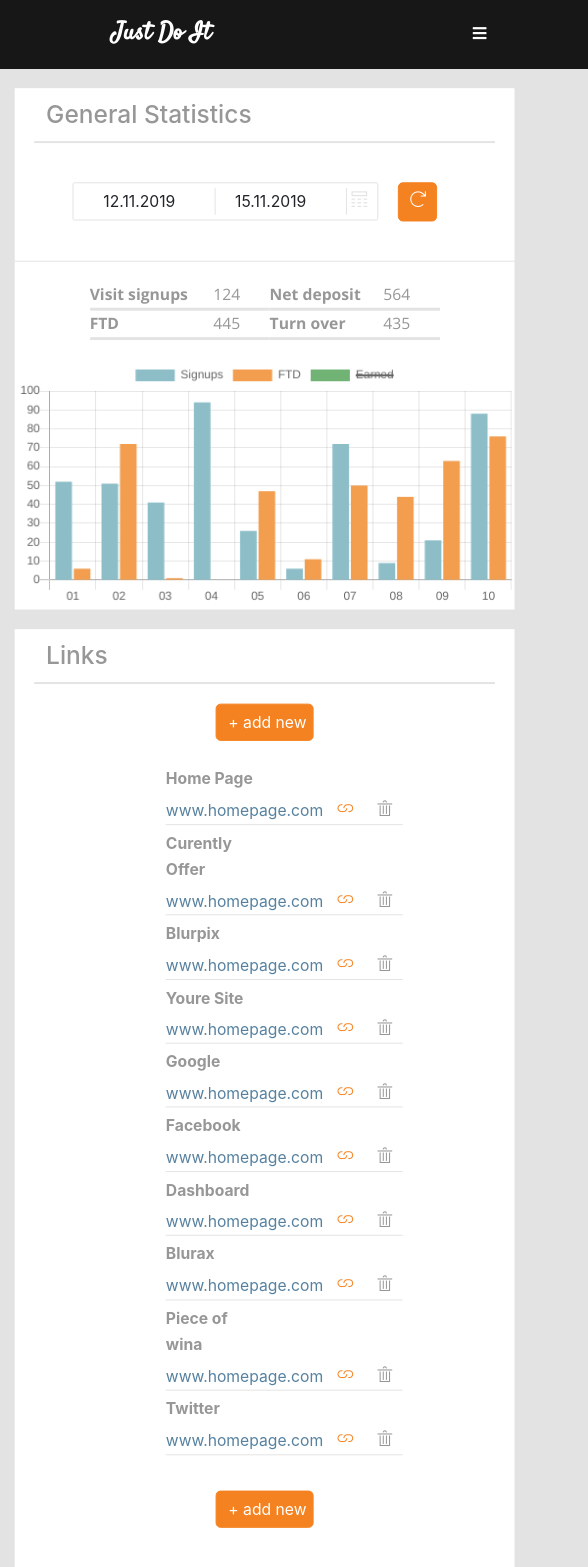
Repository: OllaWilk/wwwJustDoIt
Page: index.html
The author's editor kept a copy of each file at every save. The page is drawn from the files as they stood at one save, then again after the next save.
The browser window is 600 px wide. The pictures show the whole page, at 98% of full size.
Some web libraries are served in a nearby version. The style sheet was rebuilt from its Sass, Less or Tailwind sources for each picture, by a compiler version that may differ from the author's.

Above is the page before, as saved 2019-12-25 19:25:25.

### index.html
<!DOCTYPE html>
<html lang=”en”>
    <head>
        <meta charset=”utf-8”>
        <meta name="viewport" content="width=device-width, initial-scale=1.0">
        <meta http-equiv="X-UA-Compatible" content="ie=edge">
        <meta name="description" content="Projekt indywidualny z kursu Kodilla">
        <meta name="keywords" content="kodilla, indiwidual, project">
        <title>Just Do It - soloProject</title>
            <link href="https://use.fontawesome.com/releases/v5.7.2/css/all.css" rel="stylesheet">
            <link href="https://fonts.googleapis.com/css?family=Open+Sans:400,400i,700|Satisfy&display=swap&subset=latin-ext" rel="stylesheet">
            <link rel="stylesheet" href="https://stackpath.bootstrapcdn.com/bootstrap/4.1.3/css/bootstrap.min.css" integrity="sha384-MCw98/SFnGE8fJT3GXwEOngsV7Zt27NXFoaoApmYm81iuXoPkFOJwJ8ERdknLPMO" crossorigin="anonymous">
            <link rel="stylesheet" href="css/style.css">
            <link rel="stylesheet" href="vendor/css/Glyphter.css">
        </head>

    <body>
        <nav class = "navigation">
            <div class = "navigationWraper">
                <div class  ="navigationTop">
                    <h1 class = "logo">Just Do It</h1>
                    <i id="hamburger" class="fas fa-bars"></i>
                </div>
                <div = class="navigationWraperMobile">
                    <ul>
                        <li><i id="start" class="icon-general"></i><a class="menuButon" href="index.html">General</a></li>
                        <li><i id="details" class="icon-details"></i><a class="menuButon" href="index.html">Details </a></li>
                        <li><i id="links" class="icon-links"></i><a class="menuButon" href="index.html">Links</a></li>
                        <li><i id="banners" class="icon-banners"></i><a class="menuButon" href="index.html">Banners</a></li>
                        <li><i id="personal data" class="icon-personaldata"></i><a class="menuButon" href="index.html">Personal Data</a></li>
                        <li><i id="payout" class="icon-payout"></i><a class="menuButon" href="index.html">Payout</a></li>
                        <li><i id="postback" class="icon-postback"></i><a class="menuButon" href="index.html">Postback</a></li>
                    </ul>
                    <div class = "menagoImg">
                        <h2>Your Manager</h2>
                        <a class="menuButon" href = "index.html">
                            <img src="images/business-woman-746766_1920.jpg">
                        </img>Luisa</a>
                    </div>
                </div>
            </div>
        </nav>

        <div class= "topMenu">
            <div class = "topMenuWrapper">
                <div class= "iconsTopMenu">
                    <i id="wallet" class="icon-wallet"></i>
                    <h3>$ 1,5000</h3>
                    <i id="arrowDown" class="icon-arrow-down-small"></i>
                </div>
                <div class= "iconsTopMenu">
                    <i id="notification" class="icon-notification"></i>
                </div>
                <div class= "iconsTopMenu">
                    <i id="profile" class="icon-profile"></i>
                    <p>Jan Kowalski</p>
                </div>
                <div class= "iconsTopMenu">
                    <i id="start" class="icon-quit"></i>
                </div>
            </div>
        </div>

        <section class = "container">
            <div class = "section  mainPage">
                <h2  class="title">General Statistics</h2>
                <div class="dates">
                    <div class="datesConteiner">
                        <div class="dateStart">12.11.2019</div>
                        <div class="dateEnd">15.11.2019 </div>
                        <i id="calendar" class="icon-calendar"></i>
                    </div>
                    <a href="index.html" id="refresh" class="btnRefrsh btn icon-refresh"></a>
                </div>
                <div class="statistic">
                    <div class="legendWrap">
                        <table>
                            <tr>
                              <td class="visitSignups">
                                <h3>Visit signups</h3>
                                <p>124</p>
                              </td>
                              <td class="netDeposit">
                                <h3>Net deposit</h3>
                                <p>564</p>
                              </td>
                            </tr>
                            <tr>
                              <td class="FTD">
                                <h3>FTD</h3>
                                <p>445</p>
                              </td>
                              <td class="turnOver">
                                <h3>Turn over</h3>
                                <p>435</p>
                              </td>
                            </tr>
                        </table>
                    </div>
                    <canvas id="myChart"></canvas>
                </div>
            </div>

            <div class = "section links">
                <h2  class="title">Links</h2>
                <div class="btnWraper">
                    <a href="index.html" id="refresh" class="btn btnAddNew">+ add new</a>
                </div>
                <div class = "linkWraper">
                    <ul>
                        <li>
                            <p>Home Page</p>
                            <a href="index.html">www.homepage.com</a>
                            <i id="start" class="colorLinks icon-links"></i>
                            <i id="start" class="icon-trash"></i>
                        </li>
                        <li>
                            <p>Curently Offer</p>
                            <a href="index.html">www.homepage.com</a>
                            <i id="start" class="colorLinks icon-links"></i>
                            <i id="start" class="icon-trash"></i>
                        </li>
                        <li>
                            <p>Blurpix</p>
                            <a href="index.html">www.homepage.com</a>
                            <i id="start" class="colorLinks icon-links"></i>
                            <i id="start" class="icon-trash"></i>
                        </li>
                        <li>
                            <p>Youre Site</p>
                            <a href="index.html">www.homepage.com</a>
                            <i id="start" class="colorLinks icon-links"></i>
                            <i id="start" class="icon-trash"></i>
                        </li>
                        <li>
                            <p>Google</p>
                            <a href="index.html">www.homepage.com</a>
                            <i id="start" class="colorLinks icon-links"></i>
                            <i id="start" class="icon-trash"></i>
                        </li>
                        <li>
                            <p>Facebook</p>
                            <a href="index.html">www.homepage.com</a>
                            <i id="start" class="colorLinks icon-links"></i>
                            <i id="start" class="icon-trash"></i>
                        </li>
                        <li>
                            <p>Dashboard</p>
                            <a href="index.html">www.homepage.com</a>
                            <i id="start" class="colorLinks icon-links"></i>
                            <i id="start" class="icon-trash"></i>
                        </li>
                        <li>
                            <p>Blurax</p>
                            <a href="index.html">www.homepage.com</a>
                            <i id="start" class="colorLinks icon-links"></i>
                            <i id="start" class="icon-trash"></i>
                        </li>
                        <li>
                            <p>Piece of wina</p>
                            <a href="index.html">www.homepage.com</a>
                            <i id="start" class="colorLinks icon-links"></i>
                            <i id="start" class="icon-trash"></i>
                        </li>
                        <li>
                            <p>Twitter</p>
                            <a href="index.html">www.homepage.com</a>
                            <i id="start" class="colorLinks icon-links"></i>
                            <i id="start" class="icon-trash"></i>
                        </li>
                    </ul>

                </div>
                <div class="btnWraper">
                    <a href="index.html" id="refresh" class="btn btnAddNew">+ add new</a>
                </div>
            </div>
        </section>

        <script src="https://cdnjs.cloudflare.com/ajax/libs/Chart.js/2.4.0/Chart.min.js"></script>
        <script src="js/script.js"></script>
    </body>
</html>

### js/script.js
/*Responsive left menu - hamburger*/

const hamburgerMenuLeft = document.getElementById('hamburger');
const mobileMenu = document.querySelector('.navigationWraperMobile');

hamburger.addEventListener('click', function(){
    mobileMenu.classList.toggle('active');
});

/*statistic*/

var ctx = document.getElementById('myChart').getContext('2d');

var chart = new Chart(ctx, {
    // 1
    type: 'bar',
    data: {
        // 2
        labels: ["01", "02", "03", "04", "05", "06", "07", "08", "09", "10"],
        // 3
        datasets: [{
            // 4
            label: "Signups",
            // 5
            backgroundColor: '#8DBEC8',
            borderColor: '#8DBEC8',
            // 6
            data: [ 52, 51, 41, 94, 26, 6, 72, 9, 21, 88 ],
        },
        {
            label: "FTD",
            backgroundColor: '#F29E4E',
            borderColor: '#F29E4E',
            data: [ 6, 72, 1, 0, 47, 11, 50, 44, 63, 76 ],
        },
        {
            label: "Earned",
            backgroundColor: '#71B374',
            borderColor: '#71B374',
            data: [ 59, 49, 68, 90, 67, 41, 13, 38, 48, 48 ],
            // 7
            hidden: true,
        }]
    },
});

### sass/style.scss
/*importy styli*/
@import "variables";
@import "mixins";

@import "normalize";
@import "layout";

@import "sections/leftNavigtation";
@import "sections/topUserMenu";

@import "pages/mainPage";
@import "pages/links";
@import "components/mediaQuery";

### sass/_variables.scss
/*stałe graficzne*/
/*colors*/
$color-dark: #171717;
$color-light: #ffffff;
$color-buttonGreyDark: #979797;
$color-buttonGreyLight: #bbbbbb;
$color-buttonDisable: #e4e4e4;
$color-background: #E3E3E3;
$color-buttonOrangeDark: #F58220;
$color-buttonOrangeLight: #FFA200;
$color-onlineButton: #04AE00;
$color-notificationClicked: #74B67A;
$color-notificationUnclicked: #96CC9B;
$color-buttonNegativeClicked: #DE5252;
$color-buttonNegativeUnclicked: #EC7171;
$color-links: #56819F;
$color-strongRed: #FF0000;

/*font sizes*/

$paragraph-font-size: 16px;

/*fonts*/
$logo: 'Satisfy', cursive;
$brand-font: "Open Sans", Helvetica, Arial;
$default-font: 'Roboto', sans-serif;

### sass/_mixins.scss
/*buttons*/
.btn {
  display: inline-block;
  border-radius: 5px;
  font-size: 16px;
  text-align: center;
  text-decoration: none;
  cursor: pointer;
  border: 1px solid $color-buttonOrangeDark;
  background-color: $color-buttonOrangeDark;
  color: $color-light;
  width: 100px;
  &:hover {
    background-color: $color-light;
    color: $color-buttonGreyDark;
    border: 1px solid $color-buttonGreyDark;
  }
}


.btnRefrsh {
  width: 40px;
  height: 40px;
  margin: 20px;
}

@mixin flex-center {
  display: flex;
  justify-content: center;
}

/*links*/

### sass/_layout.scss
/*Global*/
html {
    box-sizing: border-box;
}

*, *::before, *::after {
    box-sizing: inherit;
}

body {
    margin: 0;
    background-color: $color-background;
    font-size: 16px;
    line-height: 1.7;
    display: flex;
}

.container {
    width: calc(100% - 240px); //NIE DZIAŁA DLACZEGO?
    top: 70px;
    left: 240px;
    position: absolute;
    z-index: -1;
}

.section {
    background-color: $color-light;
    //width: 141%; //tu musi być 141% bo szerokość kontenera nie mogę zmienić
}

### sass/sections/_leftNavigtation.scss
.navigation {
    width: 240px;
    height: 100vh;
    position: fixed;
    background-color: $color-dark;
    color: $color-light;
    padding: 10px;

}

.navigationWraper {
    font-family: $brand-font;
    ul {
        font-size: 16px;
        list-style-type: none;
        color: $color-background;
        li {
            margin: 20px 0px;
            padding:10px;
            &:hover {
                border-left: 4px solid $color-buttonOrangeDark;
            }
        }
    }
}

.navigationTop {
    display: flex;
    align-items: baseline;
    i {
        opacity: 0;
        cursor: none;
    }
}

.logo {
    font-family: $logo;
    font-size: 25px;
    font-weight: 600;
    margin: 10px auto;
}

.menuButon {
    color: $color-background;
    font-family: $brand-font;
    font-size: 16px;
    margin: 0 10px;
    text-decoration: none;
    &:hover {
        color: $color-background;
        text-decoration: none;
    }
}

.menagoImg {
    h2 {
        font-size: 25px;
        font-weight: 600;
        color: $color-background;
        margin: 25px 0 10px 10px;
    }
    a {
        img {
            border-radius: 50%;
            height: 55px;
            width: 55px;
            margin: 20px;
        }

    }
}

### sass/sections/_topUserMenu.scss
.topMenu {
    background-color: $color-light;
    width: calc(100% - 240px);
    height: 50px;
    margin-left: 240px;
    position: fixed;
}

.topMenuWrapper {
    display: flex;
    float: right;
    width: auto;
    margin: 5px 10px;
}

.iconsTopMenu {
    display: flex;
    align-items: baseline;
    border-left: 2px solid $color-background;
    padding: 10px 20px 0 20px;
    i {
        display:inline-block;
    }
    h3 {
        font-size: 20px;
        margin: 0 10px;
        font-weight: bold;
        font-family: $default-font;
    }
    p{
        font-size: 16px;
        margin: 0 10px;
        font-family: $default-font;
    }
}

/*UWAGI
inny krótszy zapisz gdzie p z 52 linijki html jest zamienione na h3: nie działa :first-child a działa :last-child

.iconsTopMenu {
    display: flex;
    align-items: baseline;
    border-left: 2px solid $color-background;
    padding: 10px 20px 0 20px;
    i {
        display:inline-block;
    }
    h3 {
        font-size: 16px;
        margin: 0 10px;
        font-weight: bold;
        :first-child{
            font-weight: bold;
        }
    }
}

*/

### sass/pages/_mainPage.scss
.title {
    color: $color-buttonGreyDark;
    font-weight: 550;
    font-size: 25px;
    border-bottom: 2px solid $color-background;
    padding: 12px;
    margin: 0 20px;
}

//Daty

.dates {
    display: flex;
    justify-content: center;
    padding: 20px 30px;
    align-items: baseline;
    border-bottom: 1px solid $color-background;
}

.datesConteiner {
    padding: 5px 10px;
    border: 1px solid $color-background;
    border-radius: 2px;
    display: flex;
    align-items: baseline;
    div {
        border-right: 1px solid $color-background;
        padding-left: 20px;
        padding-right: 40px;
        font-size: 16px;
    }
    i {
        color: $color-background;
        padding-left: 5px;
    }
}

.legendWrap {
    table {
      margin: 20px auto;
      width: 70%;
      border-spacing: 25px; //dlaczego nie działasz?
      tr {
        td {
          position: relative;
          padding: 0;
          border-bottom: 3px solid $color-background;
          width: auto;
          h3, p {
            display: inline;
            font-family: $brand-font;
            font-size: 16px;
            font-weight: bold;
            color: $color-buttonGreyDark;
            padding-right:  30px;
          }
          p {
            position: absolute;
            right: 0;
            margin: 0;
            font-weight: 500;
          }
        }
      }
    }
  }

### sass/pages/_links.scss

//Linki
.links {
    margin-top: 20px;
    padding-bottom: 20px;
}

.btnWraper {
    display: flex;
    justify-content: center;
}

.btnAddNew {
    margin: 20px;

}

.linkWraper {
    font-size: 16px;
    color: $color-buttonGreyDark;
    display: flex;
    justify-content: center;
    ul {
        li {
            display: flex;
            align-items: baseline;
            border-bottom: 1px solid $color-background;
            &:hover {
                background-color: $color-background;
            }
            p {
                font-weight: bold;
                margin: 5px 0;
                width: 320px;
            }
        }
    }
    a {
        color: $color-links;
        text-decoration: none;
        width: 320px;
    }
    i {
        margin: 0 10px;
    }
}

.colorLinks {
    color: $color-buttonOrangeDark;
    margin-left: 320px;
}

### sass/components/_mediaQuery.scss
@media (max-width: 750px) {

    /*topUserMenu*/

    .topMenu {
        margin: auto;
        z-index: -1;
    }

    .topMenuWrapper {
        display: none;
    }

    /*leftNavigationMenu*/

    .navigation  {
        width: 100%;
        height: auto;
    }

    .navigationTop {
        justify-content: space-around;
        z-index: 1;
        i {
            opacity: 1;
            font-size: 16px;
            margin-left: 70px;
            cursor: pointer;
            &:hover {
                color: $color-buttonOrangeDark;
            }
        }
    }

    .logo {
        margin: 10px;
    }

    .navigationWraperMobile {
        display: none;
        width: 100%;
    }

    .navigationWraperMobile.active {
        display: block;
        position: fixed;
        right: 0;
        height: 100%;
        background-color: $color-dark;
        z-index: 1;
        line-height: 0;
        padding: 0 80px;
    }

    .menagoImg {
        h2 {
            font-size: 20px;
        }
    }

     /*layout*/

    .container {
        left: 0;
        width: 100%;
        top: 90px;
    }

    .section {
        background-color: $color-light;
        width: 100%
    }

    .linkWraper {
        width: 100%;
        ul {
            li {
            display: block;
            p {
                width: 100px;
            }
            }
        }
    }
}

Loaded but not shown: vendor/css/Glyphter.css (common file); sass/_normalize.scss (common file)

After the next save:
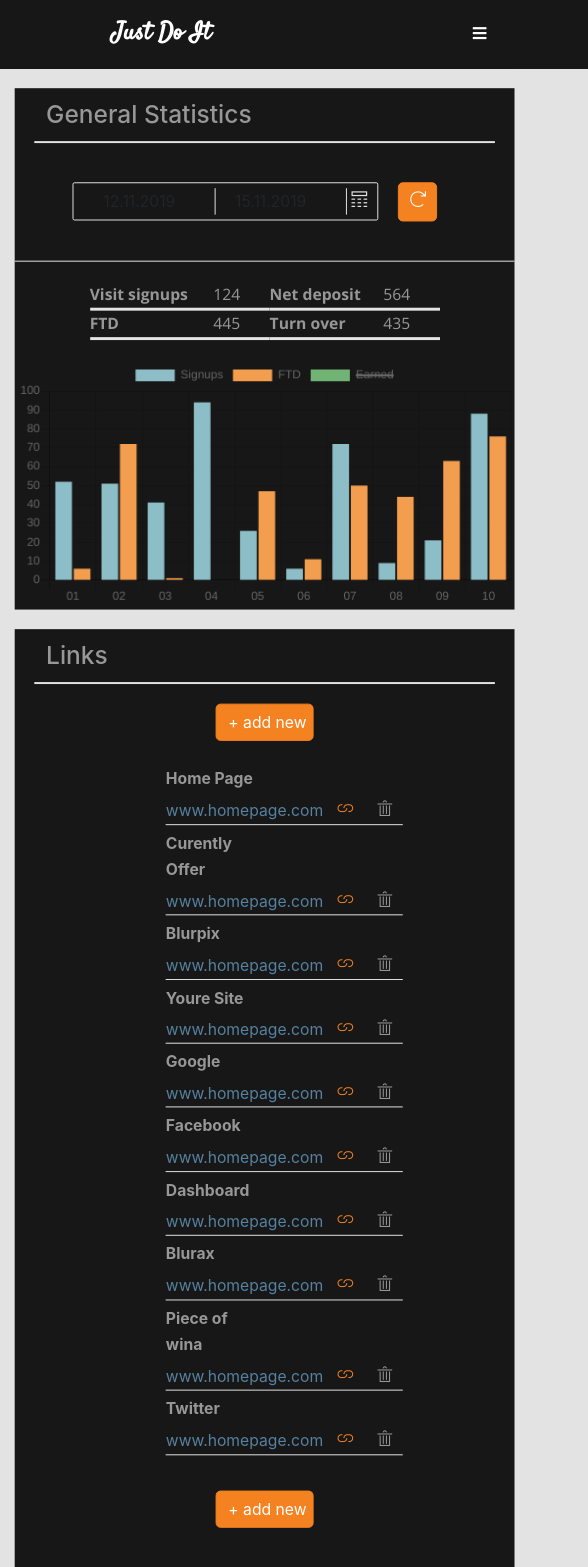
Saved 29 s later.
--- a/sass/components/_mediaQuery.scss
+++ b/sass/components/_mediaQuery.scss
@@ -67,8 +67,7 @@
     }
 
     .section {
-        background-color: $color-light;
-        width: 100%
+        background-color: $color-dark;
     }
 
     .linkWraper {

After the save that followed:
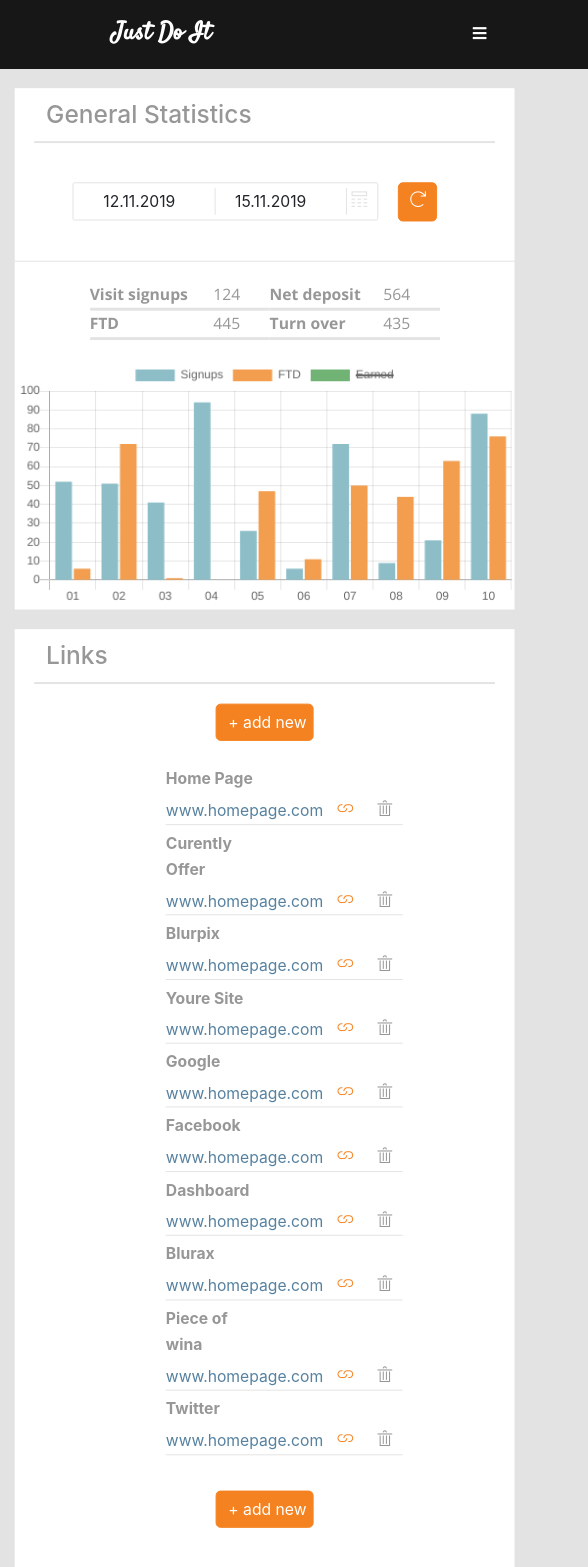
Saved 12 s later.
--- a/sass/components/_mediaQuery.scss
+++ b/sass/components/_mediaQuery.scss
@@ -66,10 +66,6 @@
         top: 90px;
     }
 
-    .section {
-        background-color: $color-dark;
-    }
-
     .linkWraper {
         width: 100%;
         ul {
